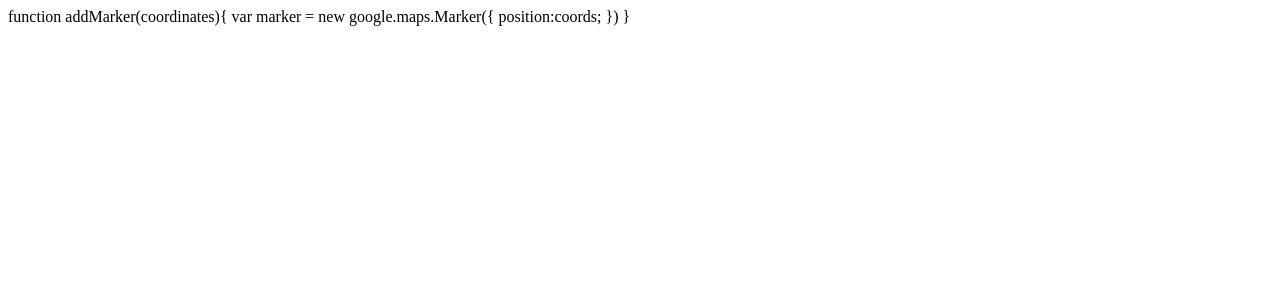
Repository: MaydayBR/creating-an-Event
Page: home.html
These files come from the project's save history. The page is drawn as it stood at one moment and after a run of saves; the edit follows.
The browser window is 1280 px wide. The pictures show the whole page.

Above is the page before, as saved 2024-10-01 23:34:41.

After the next 3 saves:
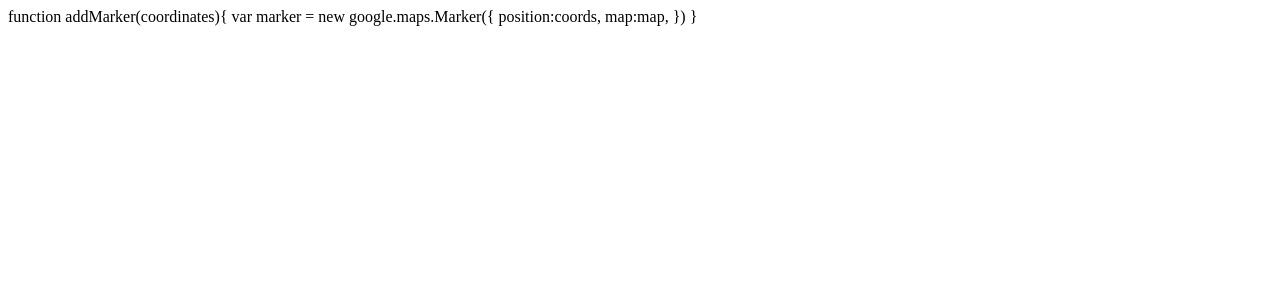
The 3 saves are shown as one change because they came seconds apart.
The last was saved 9 s later.
--- a/home.html
+++ b/home.html
@@ -6,7 +6,8 @@
 
 function addMarker(coordinates){
     var marker = new google.maps.Marker({
-        position:coords;
+        position:coords,
+        map:map,
 
     })
 }
